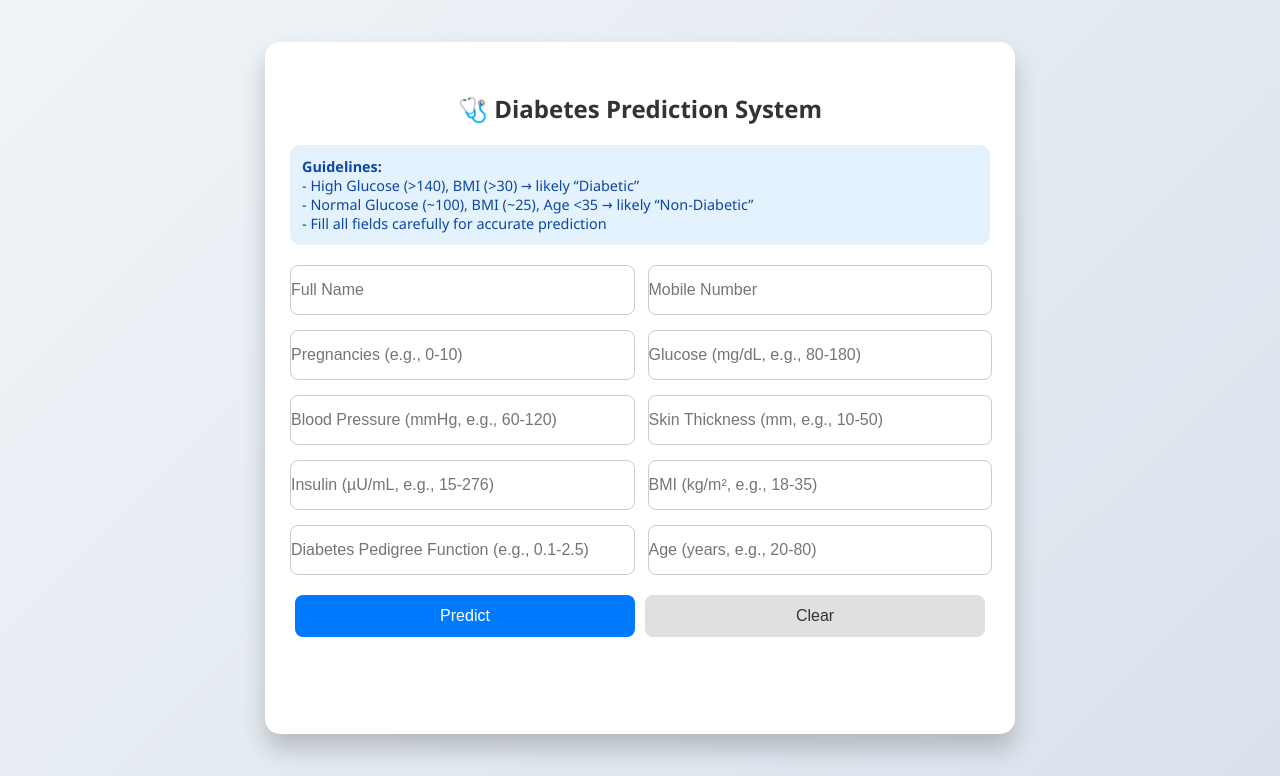
Repository: Aman14150/diabetes-prediction-system
Page: http://localhost/
These files come from the project's save history. The page is drawn as it stood at one moment and after the next save; the edit follows.
The browser window is 1280 px wide. The pictures show the whole page.
The page is served by the project's application, run on Flask 3 (app.py).

Above is the page before, as saved 2025-10-07 18:25:32.

### templates/index.html
<!DOCTYPE html>
<html lang="en">

<head>
    <meta charset="UTF-8">
    <title>Diabetes Prediction</title>
    <style>
        body {
            font-family: 'Segoe UI', Tahoma, Geneva, Verdana, sans-serif;
            background: linear-gradient(135deg, #f0f4f8, #d9e2ec);
            min-height: 100vh;
            display: flex;
            justify-content: center;
            align-items: center;
            padding: 20px;
        }

        .card {
            background: #ffffff;
            padding: 30px 25px;
            border-radius: 15px;
            width: 100%;
            max-width: 700px;
            box-shadow: 0 15px 25px rgba(0, 0, 0, 0.2);
        }

        h2 {
            text-align: center;
            color: #333;
            margin-bottom: 20px;
        }

        .guidelines {
            background-color: #e3f2fd;
            color: #0d47a1;
            font-size: 0.9rem;
            padding: 12px;
            border-radius: 10px;
            margin-bottom: 20px;
            text-align: left;
        }

        form {
            display: grid;
            grid-template-columns: 1fr 1fr;
            gap: 15px;
        }

        input {
            width: 100%;
            padding: 15px 0px;
            border-radius: 8px;
            border: 1px solid #ccc;
            font-size: 1rem;
        }

        input:focus {
            outline: none;
            border-color: #007BFF;
            box-shadow: 0 0 5px rgba(0, 123, 255, 0.5);
        }

        .button-group {
            grid-column: span 2;
            display: flex;
            justify-content: space-between;
        }

        button {
            padding: 12px;
            font-size: 1rem;
            border-radius: 8px;
            border: none;
            cursor: pointer;
            flex: 1;
            margin: 5px;
            transition: background-color 0.3s ease;
        }

        #predictBtn {
            background-color: #007BFF;
            color: white;
        }

        #predictBtn:hover {
            background-color: #0056b3;
        }

        #clearBtn {
            background-color: #e0e0e0;
            color: #333;
        }

        #clearBtn:hover {
            background-color: #bdbdbd;
        }

        .prediction {
            grid-column: span 2;
            text-align: center;
            margin-top: 20px;
            font-size: 1.2rem;
            font-weight: bold;
            color: #007BFF;
        }

        @media(max-width: 600px) {
            form {
                grid-template-columns: 1fr;
            }

            .button-group {
                flex-direction: column;
            }

            button {
                margin: 5px 0;
            }
        }
    </style>
</head>

<body>
    <div class="card">
        <h2>🩺 Diabetes Prediction System</h2>

        <div class="guidelines">
            <strong>Guidelines:</strong><br>
            - High Glucose (>140), BMI (>30) → likely “Diabetic”<br>
            - Normal Glucose (~100), BMI (~25), Age <35 → likely “Non-Diabetic”<br>
                - Fill all fields carefully for accurate prediction
        </div>

        <form id="diabetesForm" action="/predict" method="post">
            <input type="text" name="name" placeholder="Full Name" required>
            <input type="tel" name="mobile" placeholder="Mobile Number" required>
            <input type="number" name="Pregnancies" placeholder="Pregnancies (e.g., 0-10)" step="any" required>
            <input type="number" name="Glucose" placeholder="Glucose (mg/dL, e.g., 80-180)" step="any" required>
            <input type="number" name="BloodPressure" placeholder="Blood Pressure (mmHg, e.g., 60-120)" step="any"
                required>
            <input type="number" name="SkinThickness" placeholder="Skin Thickness (mm, e.g., 10-50)" step="any"
                required>
            <input type="number" name="Insulin" placeholder="Insulin (µU/mL, e.g., 15-276)" step="any" required>
            <input type="number" name="BMI" placeholder="BMI (kg/m², e.g., 18-35)" step="any" required>
            <input type="number" name="DiabetesPedigreeFunction"
                placeholder="Diabetes Pedigree Function (e.g., 0.1-2.5)" step="any" required>
            <input type="number" name="Age" placeholder="Age (years, e.g., 20-80)" step="any" required>

            <div class="button-group">
                <button type="submit" id="predictBtn">Predict</button>
                <button type="button" id="clearBtn">Clear</button>
            </div>

            {% if prediction_text %}
            <div class="prediction">{{ prediction_text }}</div>
            {% else %}
            <div class="prediction">&nbsp;</div> <!-- Blank initially -->
            {% endif %}

        </form>
    </div>

    <script>
        // Clear button functionality
        document.getElementById('clearBtn').addEventListener('click', function () {
            document.getElementById('diabetesForm').reset();
        });
    </script>
</body>

</html>

### app.py
from flask import Flask, render_template, request
import joblib
import numpy as np
import pandas as pd
import mysql.connector

app = Flask(__name__)

import mysql.connector

db = mysql.connector.connect(
    host="127.0.0.1",
    port=3307,
    user="amanR",
    password="Mysql@150",
    database="diabetes_db"
)
cursor = db.cursor()

print("Database Connected successfully ✅")


# Load trained model & scaler
model = joblib.load("diabetes_model.pkl")
scaler = joblib.load("scaler.pkl")

@app.route('/')
def home():
    return render_template('index.html' , prediction_text=None)

@app.route('/predict', methods=['POST'])
def predict():
    try:
        # Personal info
        name = request.form['name']
        mobile = request.form['mobile']

        # Health data
        data = [float(request.form[key]) for key in [
            "Pregnancies","Glucose","BloodPressure","SkinThickness",
            "Insulin","BMI","DiabetesPedigreeFunction","Age"
        ]]
        input_df = pd.DataFrame([data], columns=[
            "Pregnancies","Glucose","BloodPressure","SkinThickness",
            "Insulin","BMI","DiabetesPedigreeFunction","Age"
        ])
        scaled_input = scaler.transform(input_df)
        prediction = model.predict(scaled_input)[0]

        result = "Diabetic" if prediction == 1 else "Non-Diabetic"

        # Save to MySQL
        sql = """INSERT INTO patients
                 (name, mobile, pregnancies, glucose, blood_pressure, skin_thickness, insulin, bmi, dpf, age, prediction)
                 VALUES (%s,%s,%s,%s,%s,%s,%s,%s,%s,%s,%s)"""
        cursor.execute(sql, (name, mobile, *data, result))
        db.commit()

        return render_template('index.html', prediction_text=f"Prediction: 🩺 {result}")

    except Exception as e:
        return render_template('index.html', prediction_text=f"Error: {str(e)}")

if __name__ == '__main__':
    app.run(debug=True)

After the next save:
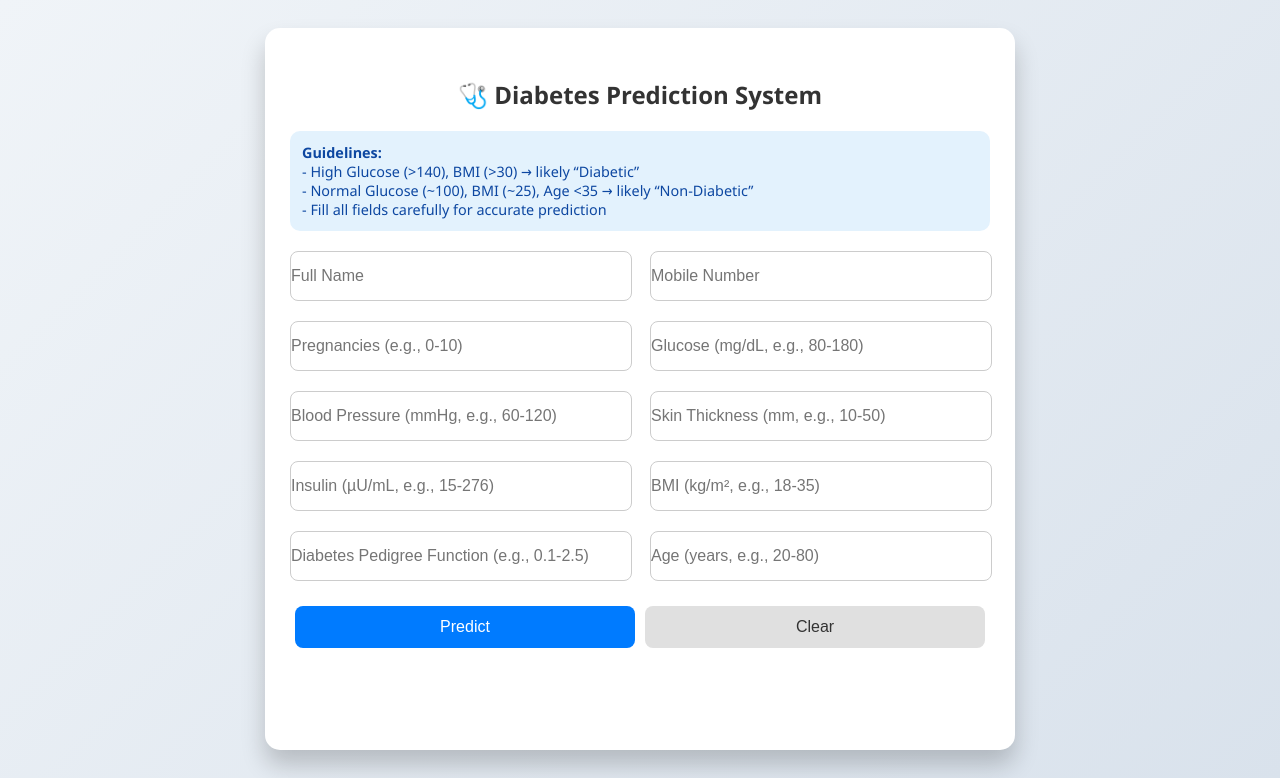
Saved 18 s later.
--- a/templates/index.html
+++ b/templates/index.html
@@ -43,7 +43,7 @@
         form {
             display: grid;
             grid-template-columns: 1fr 1fr;
-            gap: 15px;
+            gap: 20px;
         }
 
         input {
